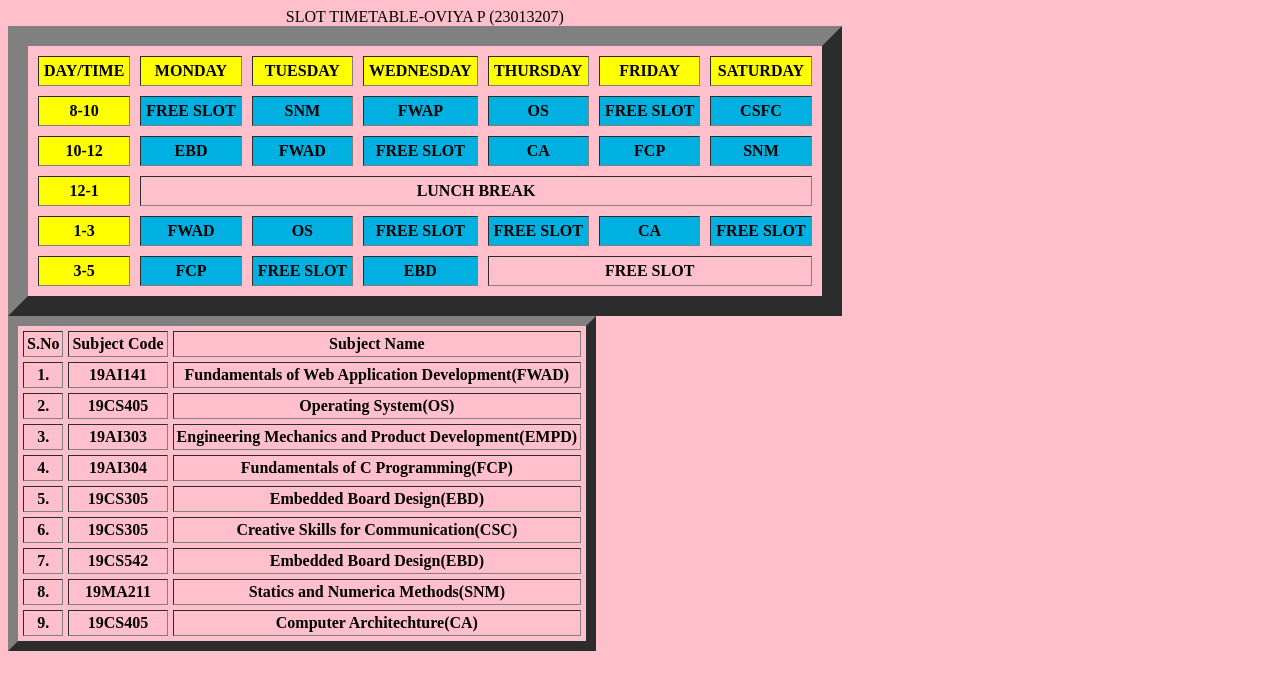
Repository: Oviya24032K6/slot
Page: oviya/static/time.html
An editor plug-in stored every save of this project. The page is shown before and after the next save, followed by the edit.
The browser window is 1280 px wide. The pictures show the whole page.

Above is the page before, as saved 2024-03-13 20:57:55.

After the next save:
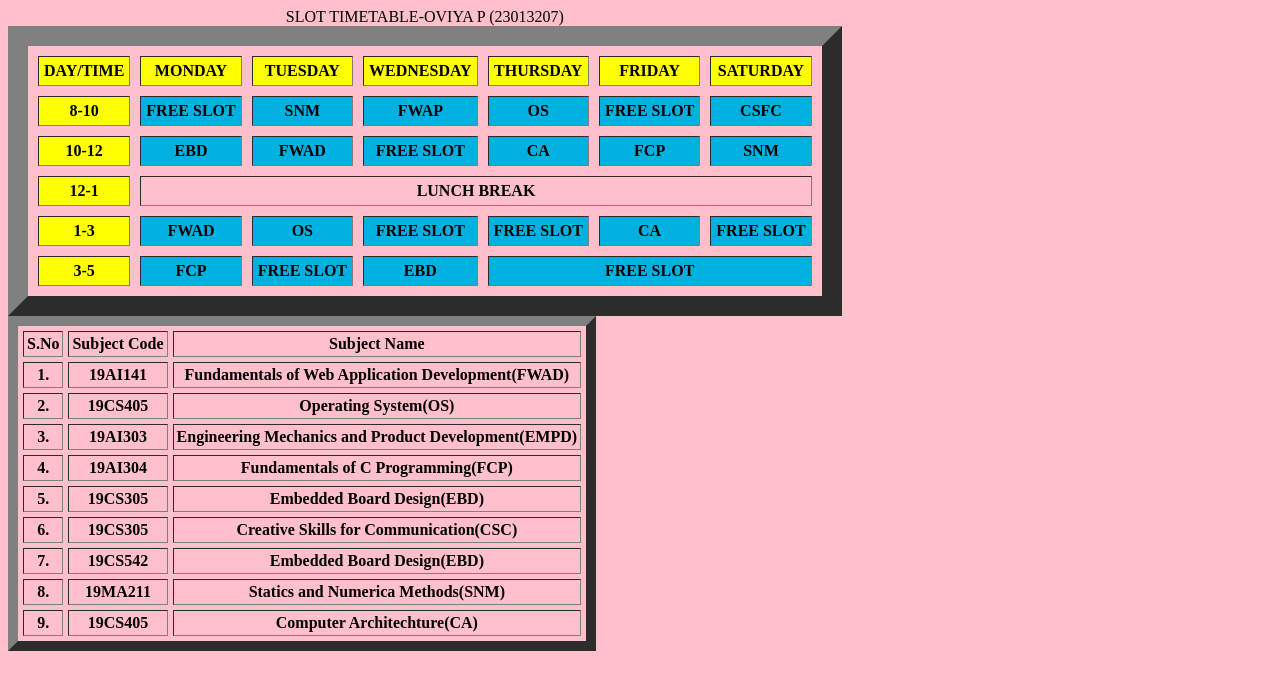
Saved 25 s later.
--- a/oviya/static/time.html
+++ b/oviya/static/time.html
@@ -50,7 +50,7 @@
             <th bgcolor="sky blue">FCP</th>
             <th bgcolor="sky blue">FREE SLOT</th>
             <th bgcolor="sky blue">EBD</th>
-            <th colspan="4">FREE SLOT</th>
+            <th bgcolor="sky blue" colspan="4">FREE SLOT</th>
         </tr>
 
     </table>
